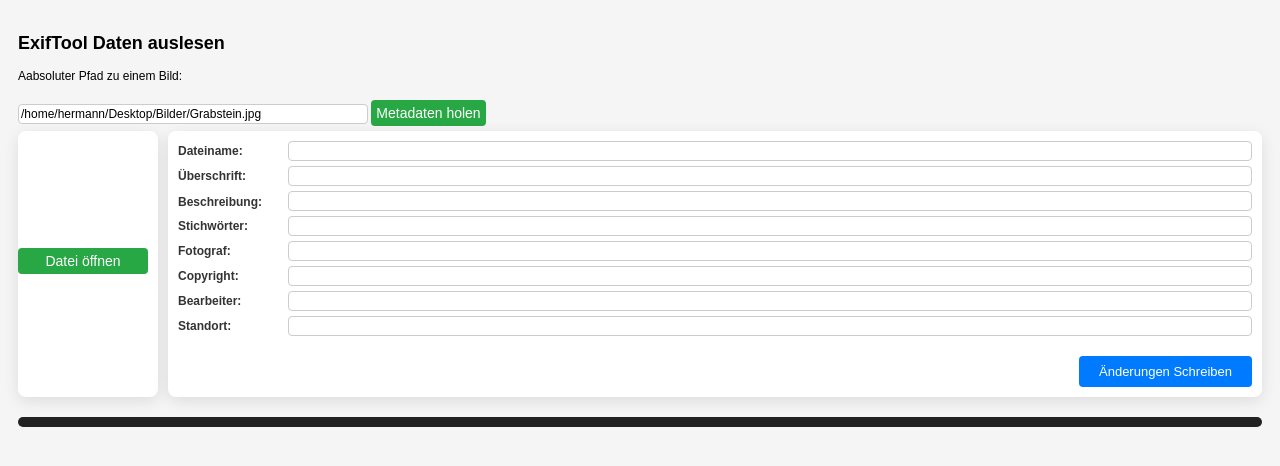
Repository: h-fahle/metadata
Page: ui/index.html
An editor plug-in stored every save of this project. The page is shown before and after the next save, followed by the edit.
The browser window is 1280 px wide. The pictures show the whole page.

Above is the page before, as saved 2026-08-16 11:47:31.

After the next save:
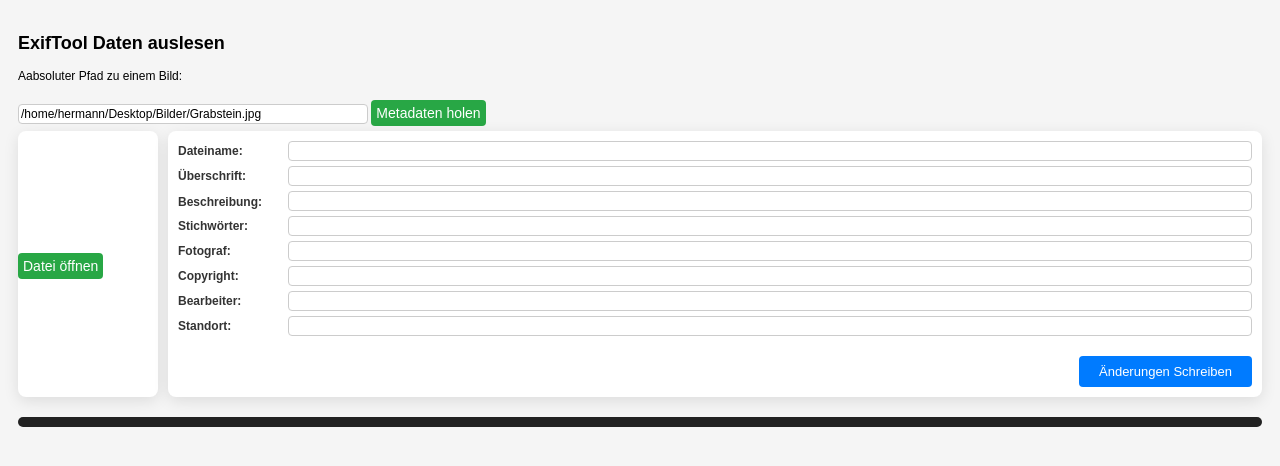
Saved 51 s later.
--- a/ui/index.html
+++ b/ui/index.html
@@ -17,7 +17,7 @@
 
 		<!-- Das Vorschaubild links -->
 		<div id="sidebar">
-			<button onclick="" style="width:130px;margin-bottom: 15px;">Datei öffnen</button>
+			<button id="file-open" onclick="">Datei öffnen</button>
 			<img id="vorschau-bild" src=""/>
 		</div>
 

After the save that followed:
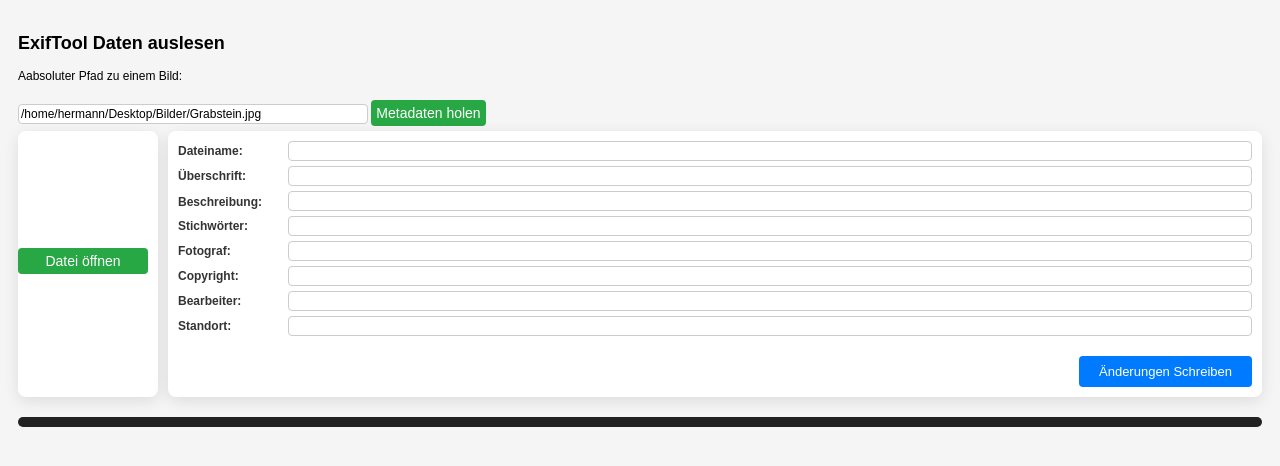
Saved 54 s later.
--- a/ui/style.css
+++ b/ui/style.css
@@ -51,6 +51,10 @@ input#bildpfad {
 	border-radius: 8px;   /* Schöne abgerundete Ecken */
 	box-shadow: 0 4px 15px rgba(0, 0, 0, 0.1); /* Gleicher Schatten wie das Formular */
 	justify-content: center;
+}
+#file-open {
+	 width: 130px;
+	 margin-bottom: 15px;
 }
 #vorschau-bild {
 	width: 130px;
